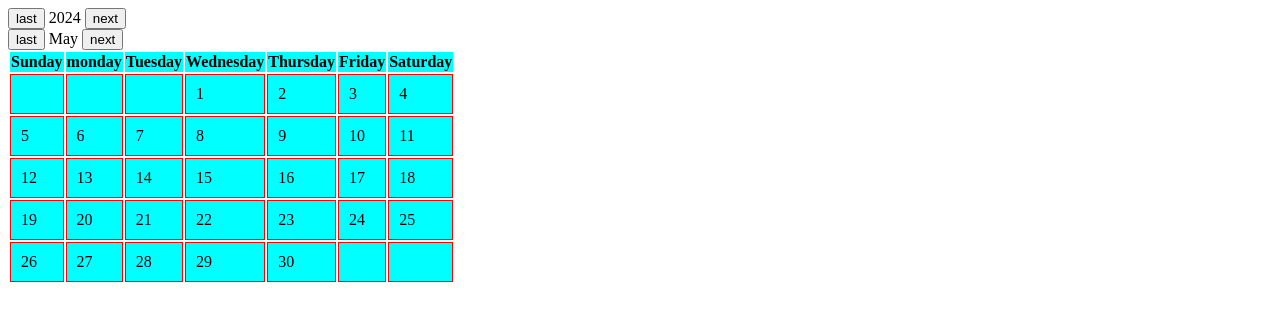
Repository: fateme81yosefi/calendar
Page: index.html
These files come from the project's save history. The page is drawn as it stood at one moment and after the next save; the edit follows.
The browser window is 1280 px wide. The pictures show the whole page.

Above is the page before, as saved 2024-05-30 23:05:00.

### index.html
<!DOCTYPE html>

<html>

<head>
  <title>calendar</title>
  <link rel="icon" type="image/x-icon" href="/images/fav.png">
  <link rel="stylesheet" href="styles.css">

</head>

<body>

  <div class="container-calendar">
    <div class="contain-year">
      <button onclick="decYear()">
        last </button>
      <span id="year"></span>
      <button onclick="incYear()"> next </button>

    </div>
    <div class="contain-month">
      <button onclick="dec()"> last </button>
      <span id="month"></span>
      <button onclick="increaseMonth()">next </button>
    </div>
    <table>
      <tr>
        <th>Sunday</th>
        <th>monday</th>
        <th>Tuesday</th>
        <th>Wednesday </th>
        <th>Thursday</th>
        <th>Friday</th>
        <th>Saturday</th>
      </tr>

      <tr>
        <td id="1-1"> </td>
        <td id="1-2"> </td>
        <td id="1-3"> </td>
        <td id="1-4"> </td>
        <td id="1-5"> </td>
        <td id="1-6"> </td>
        <td id="1-7"> </td>
      </tr>

      <tr>
        <td id="2-1"> </td>
        <td id="2-2"> </td>
        <td id="2-3"> </td>
        <td id="2-4"> </td>
        <td id="2-5"> </td>
        <td id="2-6"> </td>
        <td id="2-7"> </td>
      </tr>

      <tr>
        <td id="3-1"> </td>
        <td id="3-2"> </td>
        <td id="3-3"> </td>
        <td id="3-4"> </td>
        <td id="3-5"> </td>
        <td id="3-6"> </td>
        <td id="3-7"> </td>
      </tr>

      <tr>
        <td id="4-1"> </td>
        <td id="4-2"> </td>
        <td id="4-3"> </td>
        <td id="4-4"> </td>
        <td id="4-5"> </td>
        <td id="4-6"> </td>
        <td id="4-7"> </td>
      </tr>

      <tr>
        <td id="5-1"> </td>
        <td id="5-2"> </td>
        <td id="5-3"> </td>
        <td id="5-4"> </td>
        <td id="5-5"> </td>
        <td id="5-6"> </td>
        <td id="5-7"> </td>
      </tr>
    </table>
  </div>



  <script src="/scripts.js"></script>

</body>

</html>

### styles.css
tr{
    background-color: aqua;
    border: 1px solid red;
    padding: 10px;
    margin: 2px;
}
td{
    background-color: aqua;
    border: 1px solid red;
    padding: 10px;
    margin: 2px;
}

### scripts.js
const d = new Date();
m = d.getMonth()
y = d.getFullYear()
day = d.getDate()
weekday = d.getDay()
weekday++

function increaseMonth() {

    m = document.getElementById("month").innerHTML
    month = monthNameToNum(m)
    month++
    if (month >= 13) {
        incYear()
    }
    else {
        fillAllDay(month, y, dayCount)
        setMonth(month)
    }
}

function dec() {
    m = document.getElementById("month").innerHTML
    month = monthNameToNum(m)
    month--
    if (month < 1) {
        decYear()
    } else {
        fillAllDay(month, y, dayCount)
        setMonth(month)
    }

}

function incYear() {
    let yy = parseInt(document.getElementById("year").innerHTML);
    yy++;
    document.getElementById("year").innerHTML = yy;
    setYear(yy)
    fillAllDay(m, yy, dayCount)
}


function decYear() {
    let yy = parseInt(document.getElementById("year").innerHTML);
    yy--;
    document.getElementById("year").innerHTML = yy;
    setYear(yy)
    fillAllDay(m, yy, dayCount)
}


function setYear(y) {
    document.getElementById("year").innerHTML = y
}
function monthNameToNum(m) {
    switch (m) {
        case "January": return 1;
        case "February": return 2;
        case "March": return 3;
        case "April": return 4;
        case "May": return 5;
        case "June": return 6;
        case "July": return 7;
        case "August": return 8;
        case "September": return 9;
        case "October": return 10;
        case "November": return 11;
        case "December": return 12;
    }
}
function setMonth(m) {
    switch (m) {
        case 1: month = "January";
            break;
        case 2: month = "February";
            break;
        case 3: month = "March";
            break;
        case 4: month = "April";
            break;
        case 5: month = "May";
            break;
        case 6: month = "June";
            break;
        case 7: month = "July";
            break;
        case 8: month = "August";
            break;
        case 9: month = "September";
            break;
        case 10: month = "October";
            break;
        case 11: month = "November";
            break;
        case 12: month = "December";
            break;
    }
    document.getElementById("month").innerHTML = month

}

function findFirstDayMonth(m, y) {
    const date = new Date(y + "-" + m + "-" + 1)
    return date.getDay()
}

function calcDayCount(m) {
    switch (m + 1) {
        case 1: return 31;
        case 2: return 28;
        case 3: return 31;
        case 4: return 30;
        case 5: return 31;
        case 6: return 30;
        case 7: return 31;
        case 8: return 31;
        case 9: return 30;
        case 10: return 31;
        case 11: return 30;
        case 12: return 31;
    }
}

function fillAllDay(m, y, dayCount) {
    m++;

    var fd = findFirstDayMonth(m, y);
    fd++;

    let row = 1
    let col = fd
    for(let i=1; i<col; i++){
        const x = row + "-" + i;
        document.getElementById(x).innerHTML = ""
    }
    for (let i = 1; i <= dayCount; i++) {
        const x = row + "-" + col;
        document.getElementById(x).innerHTML = i;
        if (col >= 7) {
            col = 1;
            row++;
        } else {
            col++;
        }
        if (row >= 6) {
            row = 1;
        }
    }
}

dayCount = calcDayCount(m + 1)

fillAllDay(m, y, dayCount)
setMonth(m + 1)
setYear(y)

After the next save:
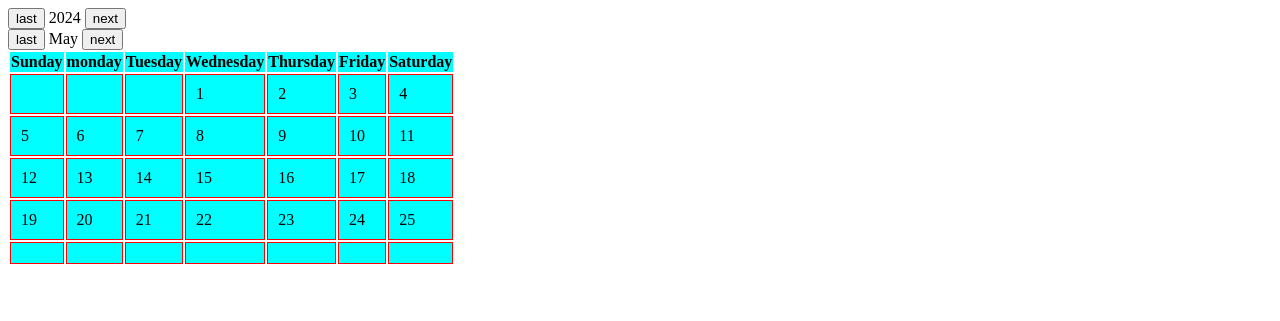
Saved 21 s later.
--- a/scripts.js
+++ b/scripts.js
@@ -147,6 +147,11 @@ function fillAllDay(m, y, dayCount) {
             row = 1;
         }
     }
+
+    for(let i=1; i<col; i++){
+        const x = row + "-" + i;
+        document.getElementById(x).innerHTML = ""
+    }
 }
 
 dayCount = calcDayCount(m + 1)
